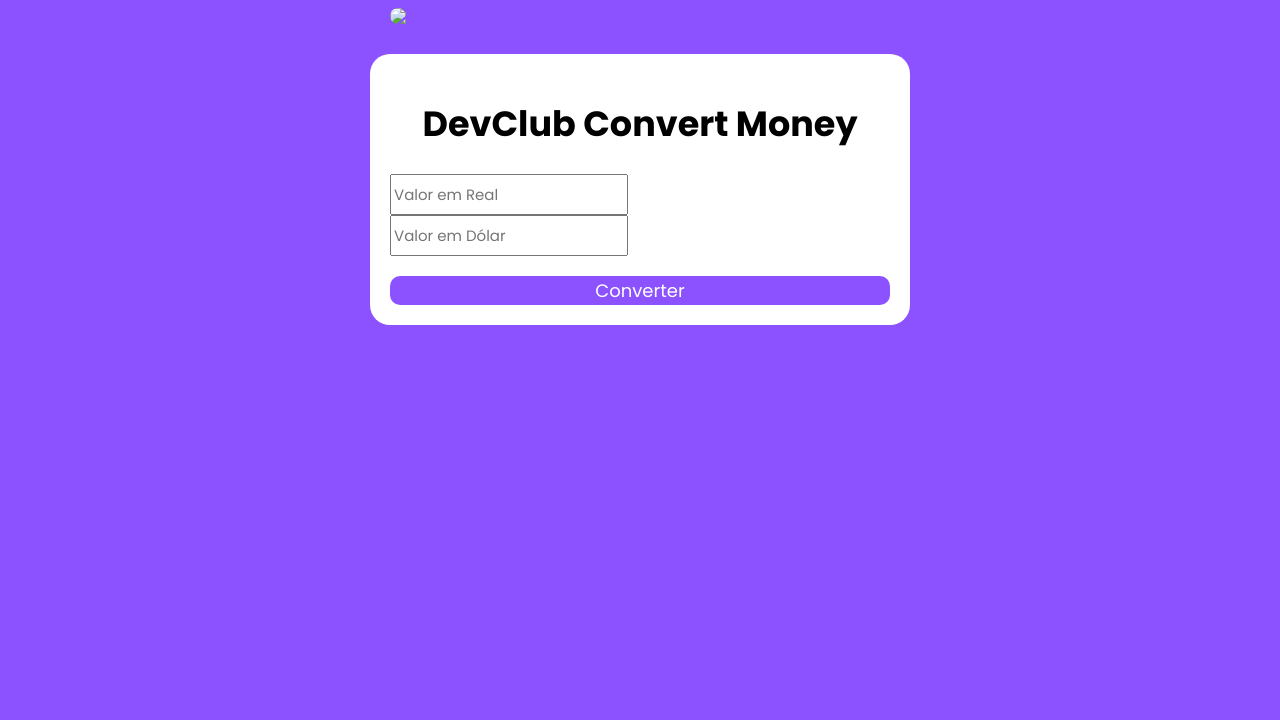
Repository: DihOliver/Projeto-CSS-Html---Convert-Money
Page: index.html
An editor plug-in stored every save of this project. The page is shown before and after the next save, followed by the edit.
The browser window is 1280 px wide. The pictures show the whole page.
Some web fonts or font styles are not loaded; a fallback is used.

Above is the page before, as saved 2023-04-13 21:34:57.
Not found: logo.gif

### index.html
<!DOCTYPE html>
<html lang="pt-br">
<head>
    <meta charset="UTF-8">
    <meta http-equiv="X-UA-Compatible" content="IE=edge">
    <meta name="viewport" content="width=device-width, initial-scale=1.0">
    <link rel="preconnect" href="https://fonts.googleapis.com">
    <link rel="preconnect" href="https://fonts.gstatic.com" crossorigin>
    <link href="https://fonts.googleapis.com/css2?family=Montserrat:ital,wght@0,500;0,600;0,700;0,900;1,400&family=Poppins:wght@400;500;700&family=Roboto:wght@400;500;700&family=Tilt+Prism&display=swap" rel="stylesheet">
    <title>Convert Money</title>
    <link rel="stylesheet" href="style.css">
</head>
<body>
    <img src="./logo.gif">
    <div>
        <h1>DevClub Convert Money</h1>
        <input placeholder="Valor em Real">
        <input placeholder="Valor em Dólar">
        <button>Converter</button>


    </div>

</body>
</html>

### style.css
*{
    font-family: 'Poppins', sans-serif;

}

body {
    background-color: #8c52ff;

}

img {
    width: 500px;
    display: block;
    margin-left: auto;
    margin-right: auto;
    border-radius: 20px
}

div {
    background-color: white;
    width: 500px;
    padding: 20px;
    margin-left: auto;
    margin-right: auto;
    margin-top: 30px;
    border-radius: 20px;

}

h1 {
    text-align: center;
    font-size: 35px;
    font-weight: 600;

}

input {
    width: 230px;
    height: 35px;
    font-size: 15px;
    margin-right: 11px;


}

button {
    border-radius: 10px;
    cursor: pointer;
    border: none;
    margin-top: 20px;
    font-size: 18px;
    background-color: #8c52ff;
    width: 100%;
    color: white;

}

After the next save:
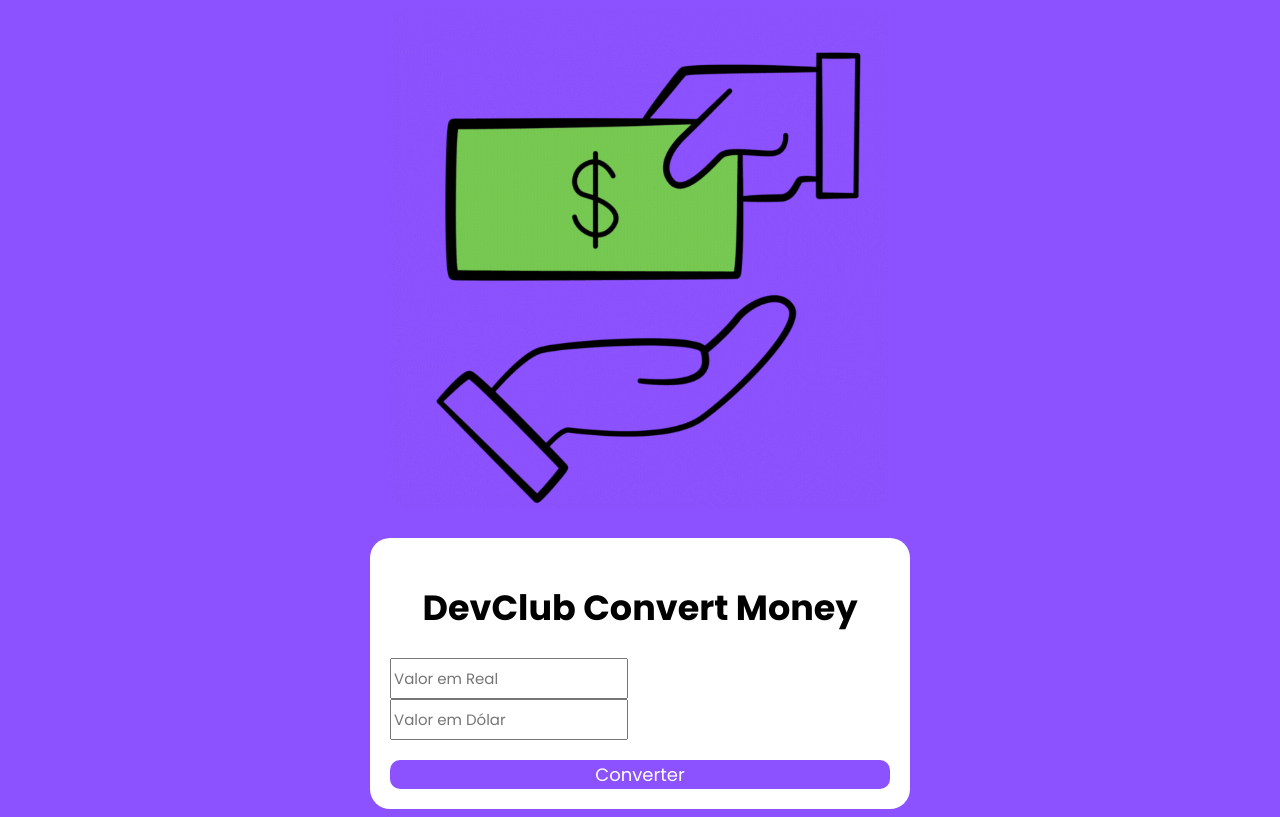
Saved 13 min 34 s later.
--- a/index.html
+++ b/index.html
@@ -11,11 +11,13 @@
     <link rel="stylesheet" href="style.css">
 </head>
 <body>
-    <img src="./logo.gif">
+    <img src="./img/logo.gif">
     <div>
         <h1>DevClub Convert Money</h1>
+
         <input placeholder="Valor em Real">
         <input placeholder="Valor em Dólar">
+
         <button>Converter</button>
 
 
